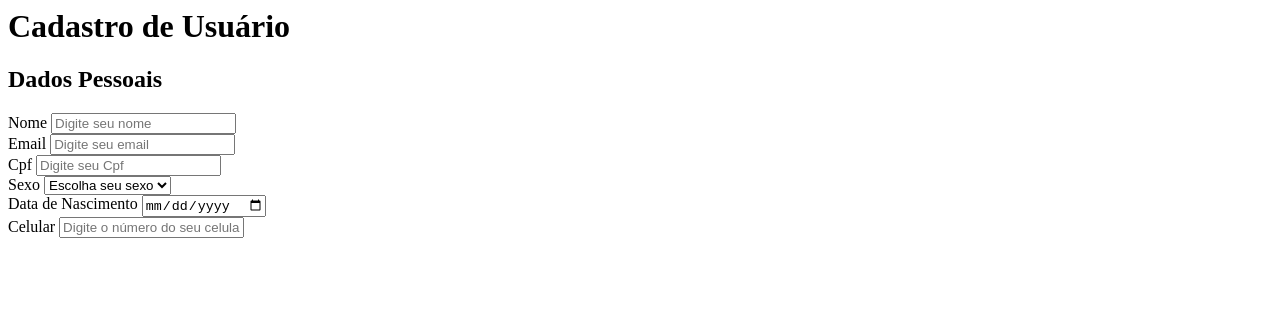
Repository: formatech2018/BRUNNO-S-FILMES
Page: sistema.filmes/src/main/webapp/resources/html/cadastro.html
The author's editor kept a copy of each file at every save. The page is drawn from the files as they stood at one save, then again after the next save.
The browser window is 1280 px wide. The pictures show the whole page.

Above is the page before, as saved 2018-08-04 14:50:49.

### sistema.filmes/src/main/webapp/resources/html/cadastro.html
<h1 id="titulo-cadastro">Cadastro de Usuário</h1>
<div id="dados-pessoais">
<h2 id="titulo-dados-pessoais">Dados Pessoais</h2>
</div>

<form id="formulario-cadastro">
	<div class="row">
		<div class="col">
			<label for="colFormLabel" class="col-sm-2 col-form-label">Nome</label>
			<input type="text" name="nome" class="form-control"
				placeholder="Digite seu nome">
		</div>
		<div class="col">
			<label for="colFormLabel" class="col-sm-2 col-form-label">Email</label>
			<input type="text" name="email" class="form-control"
				placeholder="Digite seu email">
		</div>
	</div>

	<div class="row">
		<div class="col">
			<label for="colFormLabel" class="col-sm-2 col-form-label">Cpf</label>
			<input type="text" id="cpf" class="form-control"
				placeholder="Digite seu Cpf">
		</div>
		<div class="col">
			<label for="colFormLabel" class="col-sm-2 col-form-label">Sexo</label>
			<select class="custom-select">
				<option selected>Escolha seu sexo</option>
				<option value="masculino">Masculino</option>
				<option value="Feminino">Feminino</option>

			</select>
		</div>
	</div>

	<div class="row">
		<div class="col">
			<label for="colFormLabel" class="col-sm-6 col-form-label">Data de Nascimento</label>
			<input type="date" name="nascimento" class="form-control"
				placeholder="Digite sua data de nascimento">
		</div>
		<div class="col">
			<label for="colFormLabel" class="col-sm-2 col-form-label">Celular</label>
			<input type="text" id="celular" name="celular" class="form-control"
				placeholder="Digite o número do seu celular">
		</div>
	</div>

</form>

After the next save:
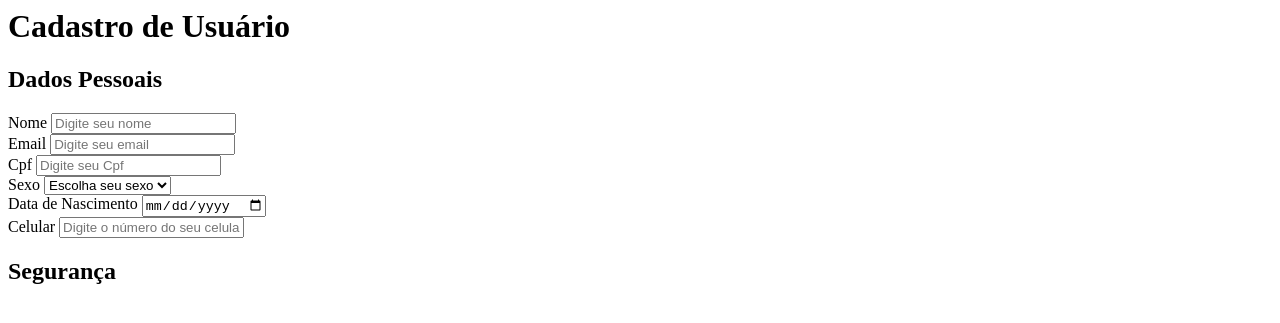
Saved 55 s later.
--- a/sistema.filmes/src/main/webapp/resources/html/cadastro.html
+++ b/sistema.filmes/src/main/webapp/resources/html/cadastro.html
@@ -47,4 +47,6 @@
 		</div>
 	</div>
 
+	<h2 id="titulo-dados-pessoais">Segurança</h2>
+
 </form>
